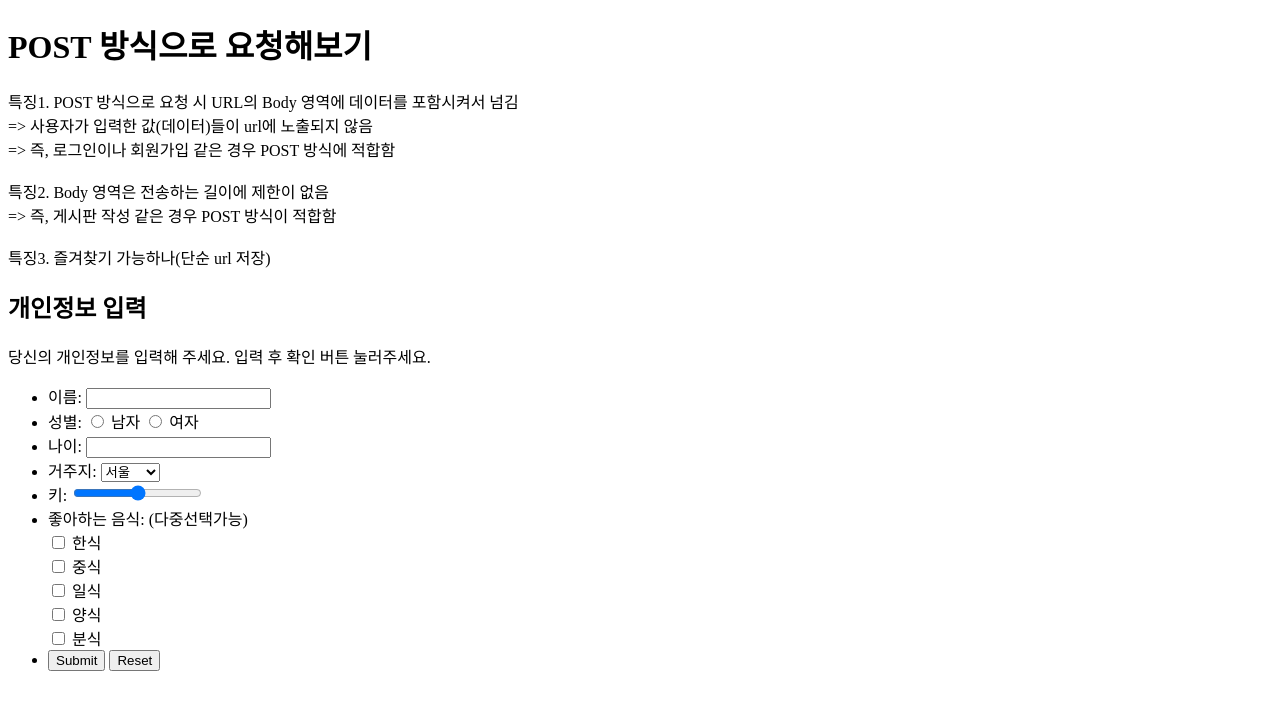
Repository: 1400CP/05_server-workspace1
Page: 1_Servlet/WebContent/views/requestTest_POST.html
An editor plug-in stored every save of this project. The page is shown before and after the next save, followed by the edit.
The browser window is 1280 px wide. The pictures show the whole page.

Above is the page before, as saved 2025-02-14 03:48:28.

After the next save:
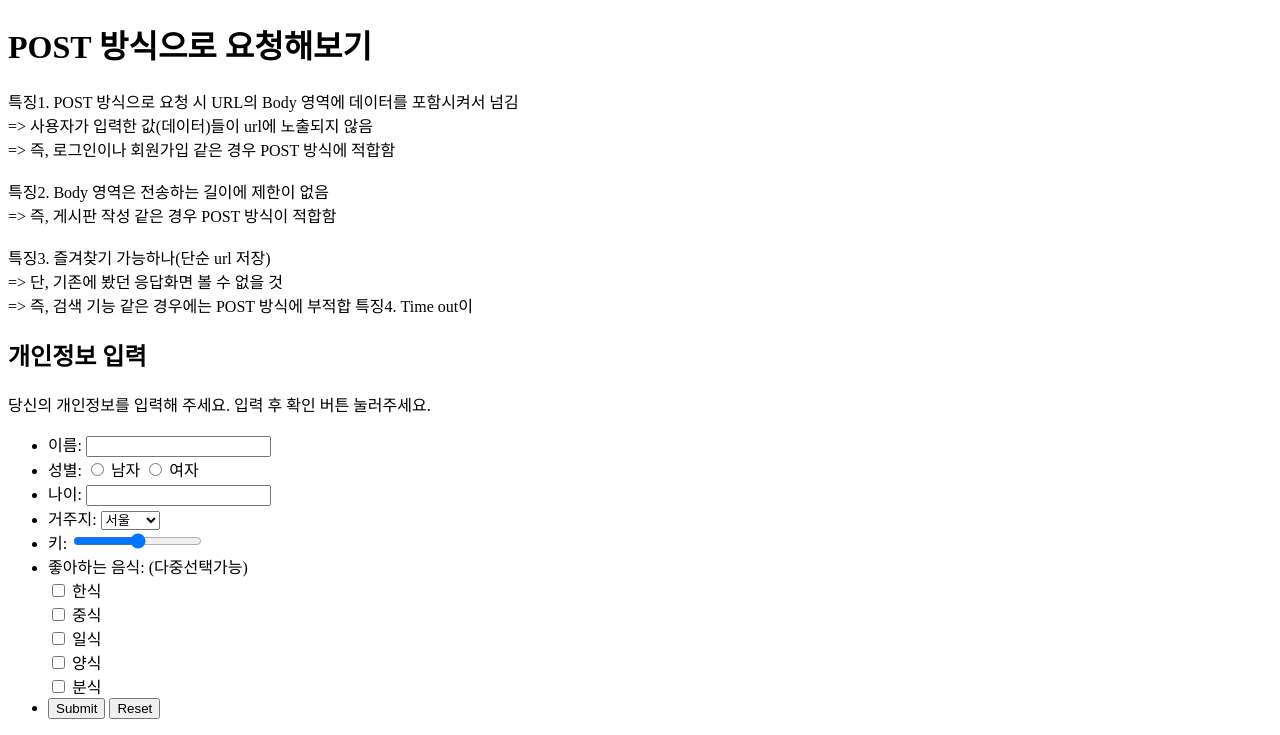
Saved 61 s later.
--- a/1_Servlet/WebContent/views/requestTest_POST.html
+++ b/1_Servlet/WebContent/views/requestTest_POST.html
@@ -16,7 +16,11 @@
 	특징2. Body 영역은 전송하는 길이에 제한이 없음 <br>
 		=> 즉, 게시판 작성 같은 경우 POST 방식이 적합함 <br><br>
 
-	특징3. 즐겨찾기 가능하나(단순 url 저장)
+	특징3. 즐겨찾기 가능하나(단순 url 저장) <br>
+		=> 단, 기존에 봤던 응답화면 볼 수 없을 것 <br>
+		=> 즉, 검색 기능 같은 경우에는 POST 방식에 부적합
+
+	특징4. Time out이
 </p>
 
 <h2>개인정보 입력</h2>
